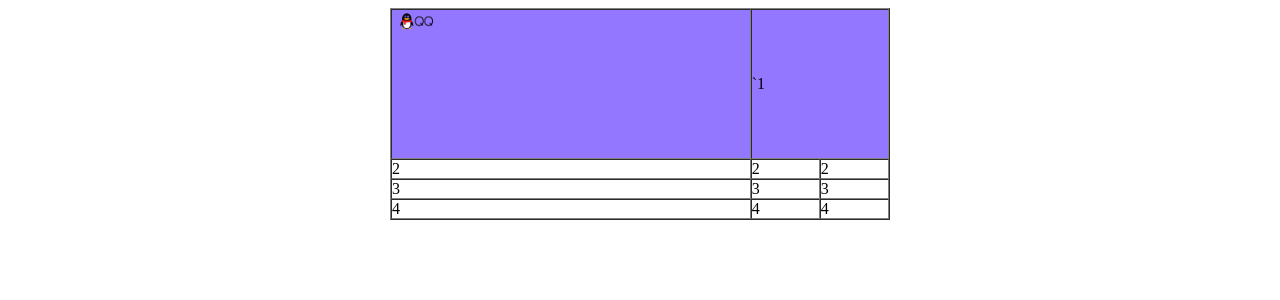
Repository: l897284707/0913
Page: page06表格做QQ.html
An editor plug-in stored every save of this project. The page is shown before and after the next save, followed by the edit.
The browser window is 1280 px wide. The pictures show the whole page.

Above is the page before, as saved 2022-09-13 18:44:43.

After the next save:
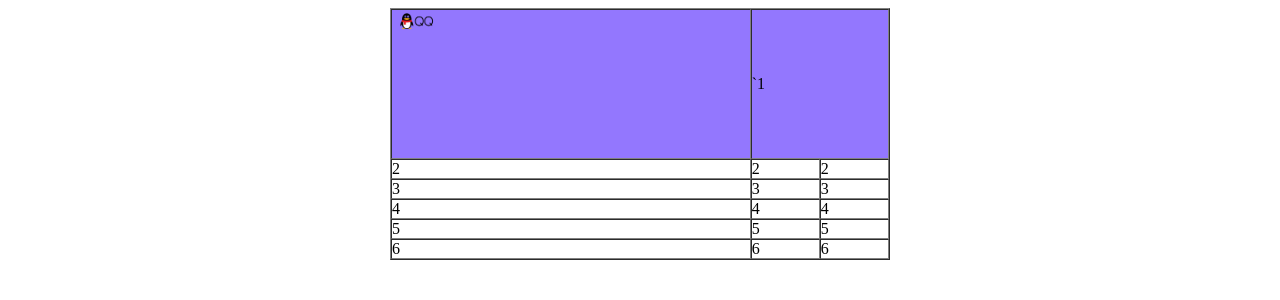
Saved 91 s later.
--- a/page06表格做QQ.html
+++ b/page06表格做QQ.html
@@ -18,7 +18,7 @@
 
         </tr>
         <tr>
-            <td>2</td>
+            <td rowspan="">2</td>
             <td>2</td>
             <td>2</td>
         </tr>
@@ -32,6 +32,16 @@
             <td>4</td>
             <td>4</td>
         </tr>
+        <tr>
+            <td>5</td>
+            <td>5</td>
+            <td>5</td>
+        </tr>
+        <tr>
+            <td>6</td>
+            <td>6</td>
+            <td>6</td>
+        </tr>
     </table>
 
 </body>
